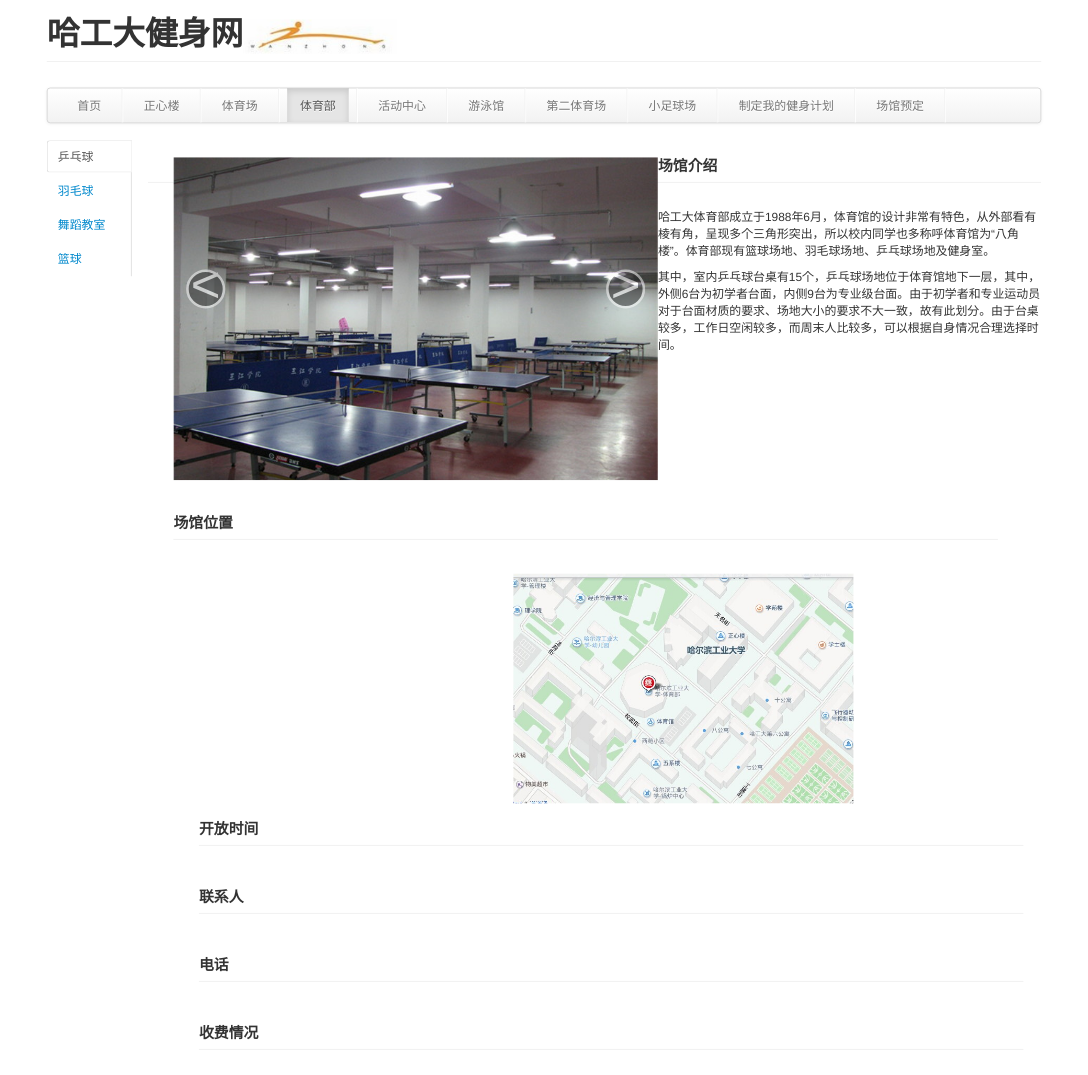
Repository: hitDeveloper/fitness
Page: http://localhost/project/tiyubu.jsp
The author's editor kept a copy of each file at every save. The page is drawn from the files as they stood at one save, then again after the next save.
The browser window is 1280 px wide. The pictures show the whole page, at 85% of full size.
The page is served by Tomcat 9. Nobody is signed in. The application's start-up code is not run.

Above is the page before, as saved 2014-11-05 00:37:20.

After the next save:
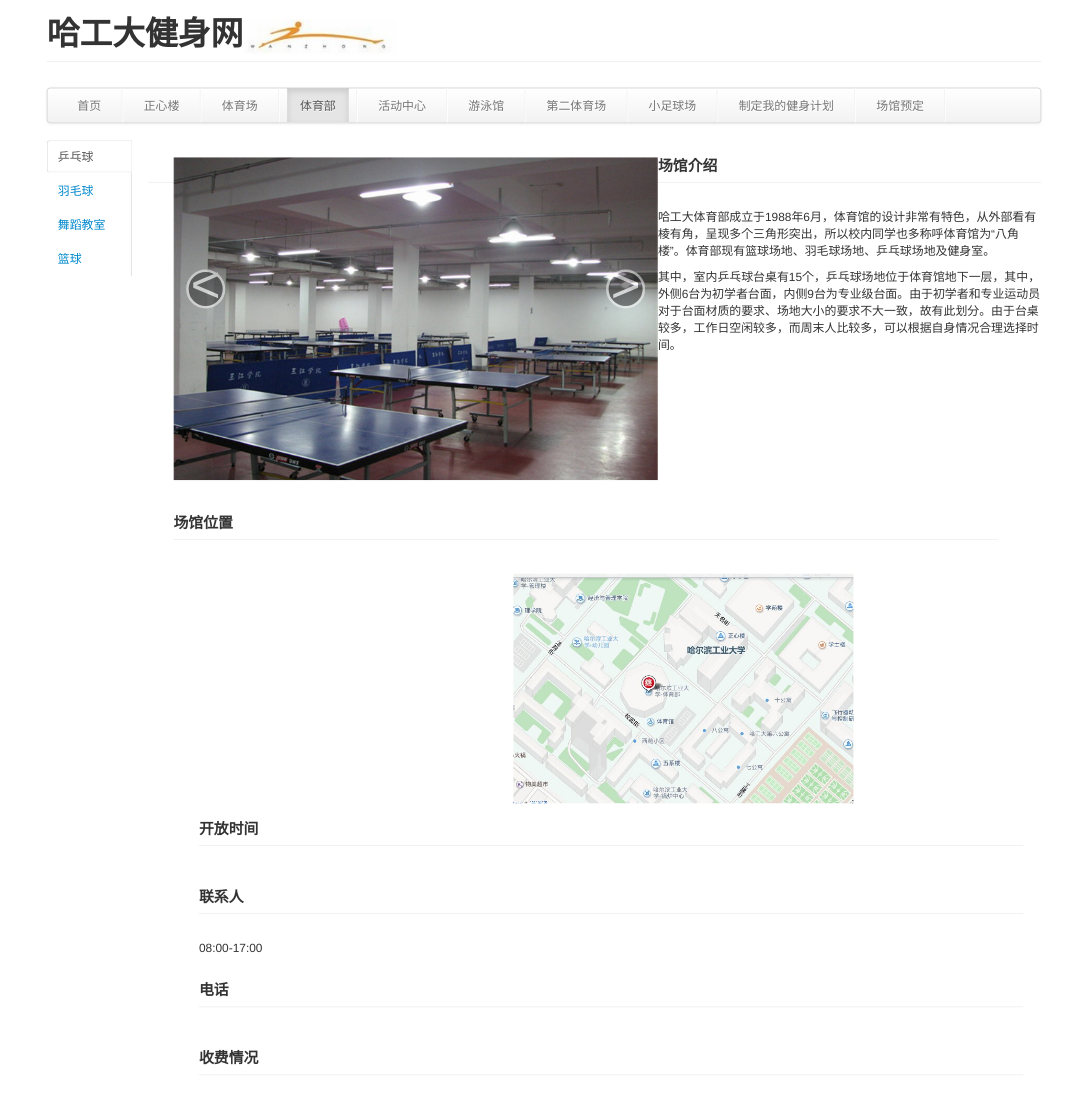
Saved 36 s later.
--- a/Project/project/WebRoot/tiyubu.jsp
+++ b/Project/project/WebRoot/tiyubu.jsp
@@ -87,7 +87,7 @@
 </div>
 <div class="span10">
 <h4 class="page-header">联系人</h4>
-<p></p>
+<p>08:00-17:00</p>
 </div>
 <div class="span10">
 <h4 class="page-header">电话</h4>
